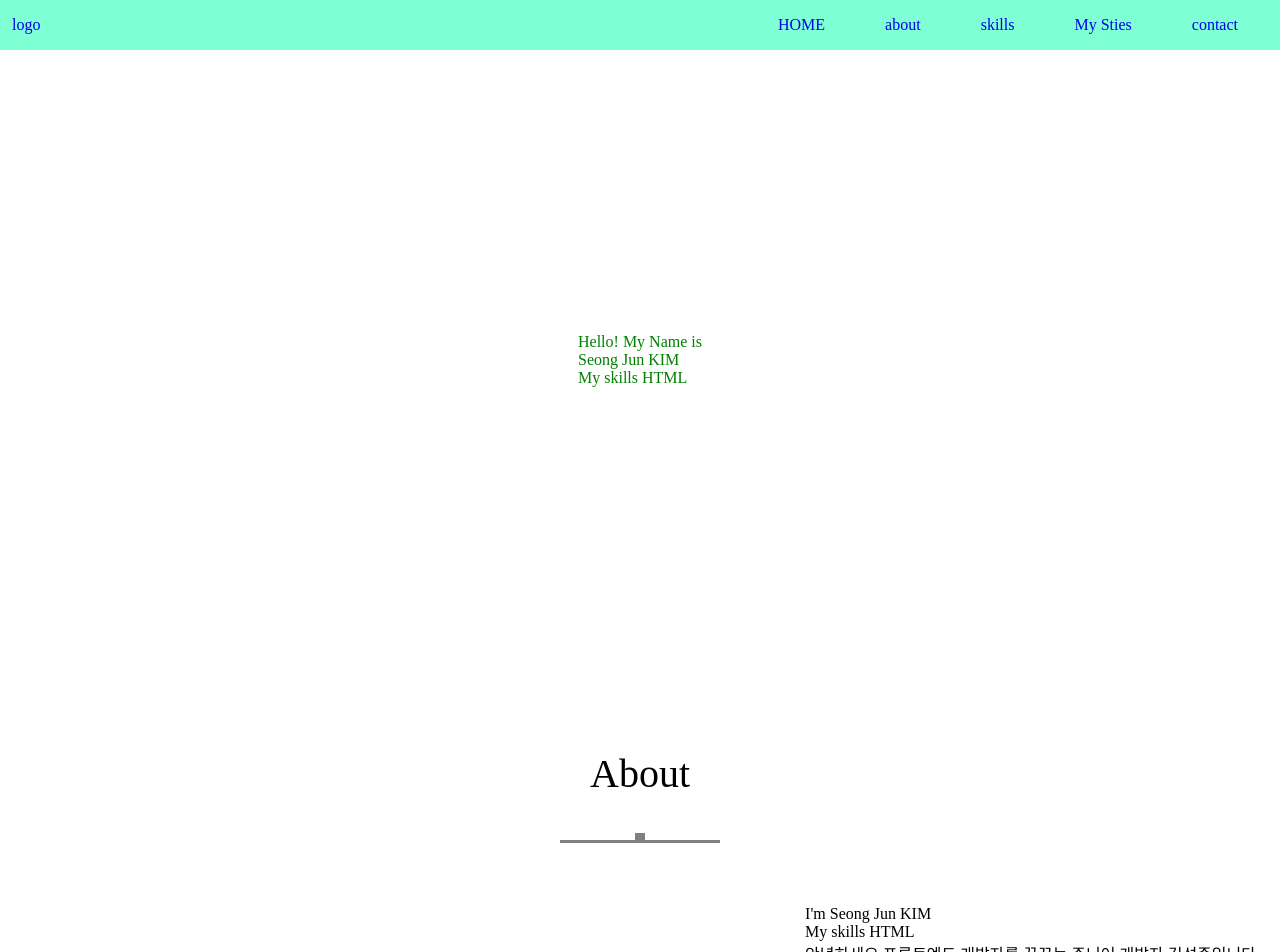
Repository: jun01270/jun
Page: index.html
An editor plug-in stored every save of this project. The page is shown before and after the next save, followed by the edit.
The browser window is 1280 px wide. The pictures show the part of the page from y = 0 to 952 px (the page is 2400 px tall).
A picture or video elsewhere on the page could not be fetched, so the positions and the page height are approximate. Some web libraries are served in a nearby version.

Above is the page before, as saved 2023-05-09 17:21:51.

### index.html
<!DOCTYPE html>
<html lang="en">
  <head>
    <meta charset="UTF-8" />
    <meta http-equiv="X-UA-Compatible" content="IE=edge" />
    <meta name="viewport" content="width=device-width, initial-scale=1.0" />
    <link rel="stylesheet" href="./css/style.css" />
    <link rel="stylesheet" href="./css/home.css" />
    <script
      src="https://kit.fontawesome.com/252eac6dbf.js"
      crossorigin="anonymous"
    ></script>
    <title>Jun's site</title>
  </head>
  <body>
    <nav class="navbar">
      <div class="logo"><a href="#home">logo</a></div>
      <ul class="menu-bar">
        <li><a href="#home" class="menu-btn" id="homeID">HOME</a></li>
        <li><a href="#about" class="menu-btn" id="homeID">about</a></li>
        <li><a href="#skills" class="menu-btn">skills</a></li>
        <li><a href="#my-sites" class="menu-btn">My Sties</a></li>
        <li><a href="#contact" class="menu-btn">contact</a></li>
      </ul>
    </nav>

    <!--home섹션-->
    <section class="home" id="home">
      <div class="max-width">
        <div class="home-section">
          <div class="text-1">Hello! My Name is</div>
          <div class="text-1">Seong Jun KIM</div>
          <div class="text-1">My skills <span class="typing1">HTML</span></div>
        </div>
      </div>
    </section>

    <!--about섹션-->
    <section class="about">
      <div class="max-width">
        <h2 class="title">About</h2>
        <div class="about-content">
          <div class="left-column"></div>
          <div class="right-column">
            <div class="about-text">I'm Seong Jun KIM</div>
            <div class="about-skills">
              My skills <span class="typing2">HTML</span>
            </div>
            <p>
              안녕하세요 프론트엔드 개발자를 꿈꾸는 주니어 개발자 김성준입니다.
            </p>
          </div>
        </div>
      </div>
    </section>

    <!--skills섹션-->
    <section class="skills">
      <div class="max-width">
        <h2 class="title">My Skills</h2>
        <div class="skills-content">
          <div class="left-column">
            <div class="skills-text">
              <div class="sub-title">My skills & Experience</div>
              <p>HTML, Css, js , react를 다루고 있습니다.</p>
            </div>
          </div>
          <div class="rigth-column">
            <div class="bars">
              <div class="bars-content">
                <span>HTML</span>
                <span>90%</span>
              </div>
              <div class="line-html"></div>
            </div>
            <div class="bars">
              <div class="bars-content">
                <span>Css</span>
                <span>80%</span>
              </div>
              <div class="line-css"></div>
            </div>
            <div class="bars">
              <div class="bars-content">
                <span>JS</span>
                <span>80%</span>
              </div>
              <div class="line-js"></div>
            </div>
            <div class="bars">
              <div class="bars-content">
                <span>React</span>
                <span>80%</span>
              </div>
              <div class="line-react"></div>
            </div>
          </div>
        </div>
      </div>
    </section>

    <!--My sties섹션-->
    <section class="my-sites">
      <div class="max-width">
        <h2 class="title">My Sites</h2>
        <div class="my-sites-content">
          <div class="left-column">
            <a href="https://web-jun.tistory.com/" target="_blank">
              <div class="site">
                <div class="site-images">
                  <img src="/img/blog.jpg" alt="" />
                  <div class="site-text">BLOG</div>
                  <p>개발하는 블로그입니다.</p>
                </div>
              </div>
            </a>
          </div>
          <div class="right-column">
            <a href="https://github.com/jun01270" target="_blank">
              <div class="site">
                <div class="site-images">
                  <img src="/img/github.jpg" alt="" />
                  <div class="site-text">BLOG</div>
                  <p>깃허브 사이트입니다.</p>
                </div>
              </div>
            </a>
          </div>
        </div>
      </div>
    </section>

    <!--Contact 섹션-->
    <section class="contact">
      <div class="max-width">
        <h2 class="title">Contact me</h2>
        <div class="contact-content">
          <div class="left-column">
            <div class="contact-text">My information</div>
            <p>
              동양미래대학교 컴퓨터소프트웨어공학과를 졸업하여 프론트엔드
              개발자가 되고싶은 주니어 개발자입니다.
            </p>
            <div class="icons-content">
              <i class="fas fa-user"></i>
              <div class="info">
                <div class="head">Name</div>
                <div class="tail">Seong Jun KIM</div>
              </div>
            </div>
            <div class="icons-content">
              <i class="fas fa-envelope"></i>
              <div class="info">
                <div class="head">E-mail</div>
                <div class="tail">kimsj012731@gmail.com</div>
              </div>
            </div>
            <div class="icons-content">
              <i class="fas fa-map-marked-alt"></i>
              <div class="info">
                <div class="head">Address</div>
                <div class="tail">경기도 광명시</div>
              </div>
            </div>
          </div>
          <div class="right-column">
            <div class="contact-text">Message Me!</div>
            <form action="#">
              <div class="fields">
                <div class="fields name">
                  <input type="text" placeholder="Name" />
                </div>
                <div class="fields Email">
                  <input type="email" placeholder="E-mail" />
                </div>
              </div>
              <div class="fields subject">
                <input type="text" placeholder="Subject" />
              </div>
              <div class="fields contact-area">
                <textarea
                  cols="30"
                  rows="10"
                  placeholder="Contact.. "
                  required
                ></textarea>
              </div>
              <div class="button">
                <button type="submit">Send Message</button>
              </div>
            </form>
          </div>
        </div>
      </div>
    </section>

    <!--Footer섹션-->
    <footer></footer>

    <!--JS섹션-->
  </body>
</html>

### css/style.css
@import url("https://fonts.googleapis.com/css2?family=Lora&display=swap");

* {
  margin: 0;
  padding: 0;
  box-sizing: border-box;
  text-decoration: none;
}

html {
  scroll-behavior: smooth;
}

.home .about .skills .my-sites .contact {
  padding-top: 86px;
}

.max-width {
  max-width: 1300px;
  padding: 0 20px;
  margin: auto;
}

.section {
  padding: 100px 0;
}

/* .about, .skills, .my-sites, .contact, .footer{
    //폰트삽입
} */

.title {
  position: relative;
  text-align: center;
  font-size: 40px;
  font-weight: 500;
  margin: 30px 0 100px 0;
  padding-bottom: 8px;
}

.title::before {
  content: "";
  position: absolute;
  bottom: -38px;
  left: 50%;
  width: 160px;
  height: 3px;
  background-color: gray;
  transform: translateX(-50%);
}

.title::after {
  content: "";
  position: absolute;
  bottom: -38px;
  left: 50%;
  font-size: 20px;
  color: rgb(255, 164, 45);
  padding: 5px;
  background-color: gray;
  transform: translateX(-50%);
}

.about .about-content,
.skills .skills-content,
.my-sites .my-sites-content,
.contact .contact-content {
  display: flex;
  align-items: center;
  flex-wrap: wrap;
  justify-content: space-between;
}

.navbar {
  display: flex;
  justify-content: space-between;
  align-items: center;
  background-color: aquamarine;
  padding: 8px 12px;
  position: fixed;
  width: 100%;
  z-index: 999;
}

.menu-bar {
  list-style: none;
  display: flex;
  margin: 0;
  padding-left: 0;
}

.menu-bar li {
  padding: 8px 30px;
}

.menu-bar li:hover {
  background-color: orange;
  border-radius: 3px;
}

@media screen and (max-width: 700px) {
  .navbar {
    flex-direction: column;
    align-items: flex-start;
    margin: 0;
  }

  .menu-bar {
    flex-direction: column;
    align-items: center;
    width: 100%;
  }

  .menu-bar li {
    width: 100%;
    text-align: center;
  }
}

### css/home.css
.home{
    display:flex;
    height: 100vh;
    min-height: 500px;
    color: green;
    background-image: "./img/background.png";
}

After the next save:
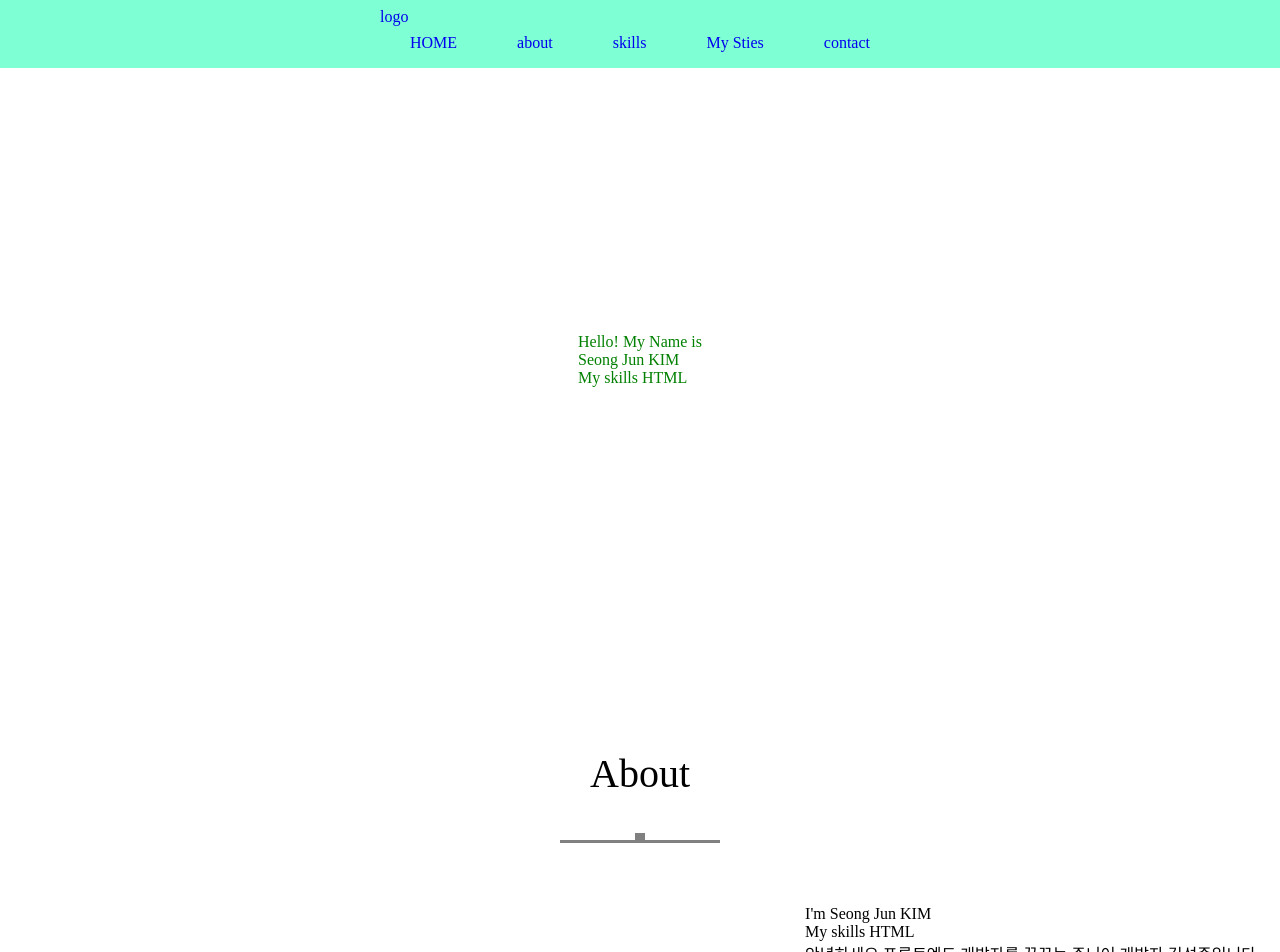
Saved 17 h 10 min later.
--- a/index.html
+++ b/index.html
@@ -14,14 +14,16 @@
   </head>
   <body>
     <nav class="navbar">
-      <div class="logo"><a href="#home">logo</a></div>
-      <ul class="menu-bar">
-        <li><a href="#home" class="menu-btn" id="homeID">HOME</a></li>
-        <li><a href="#about" class="menu-btn" id="homeID">about</a></li>
-        <li><a href="#skills" class="menu-btn">skills</a></li>
-        <li><a href="#my-sites" class="menu-btn">My Sties</a></li>
-        <li><a href="#contact" class="menu-btn">contact</a></li>
-      </ul>
+      <div class="max-width">
+        <div class="logo"><a href="#home">logo</a></div>
+        <ul class="menu-bar">
+          <li><a href="#home" class="menu-btn" id="homeID">HOME</a></li>
+          <li><a href="#about" class="menu-btn" id="homeID">about</a></li>
+          <li><a href="#skills" class="menu-btn">skills</a></li>
+          <li><a href="#my-sites" class="menu-btn">My Sties</a></li>
+          <li><a href="#contact" class="menu-btn">contact</a></li>
+        </ul>
+      </div>
     </nav>
 
     <!--home섹션-->
